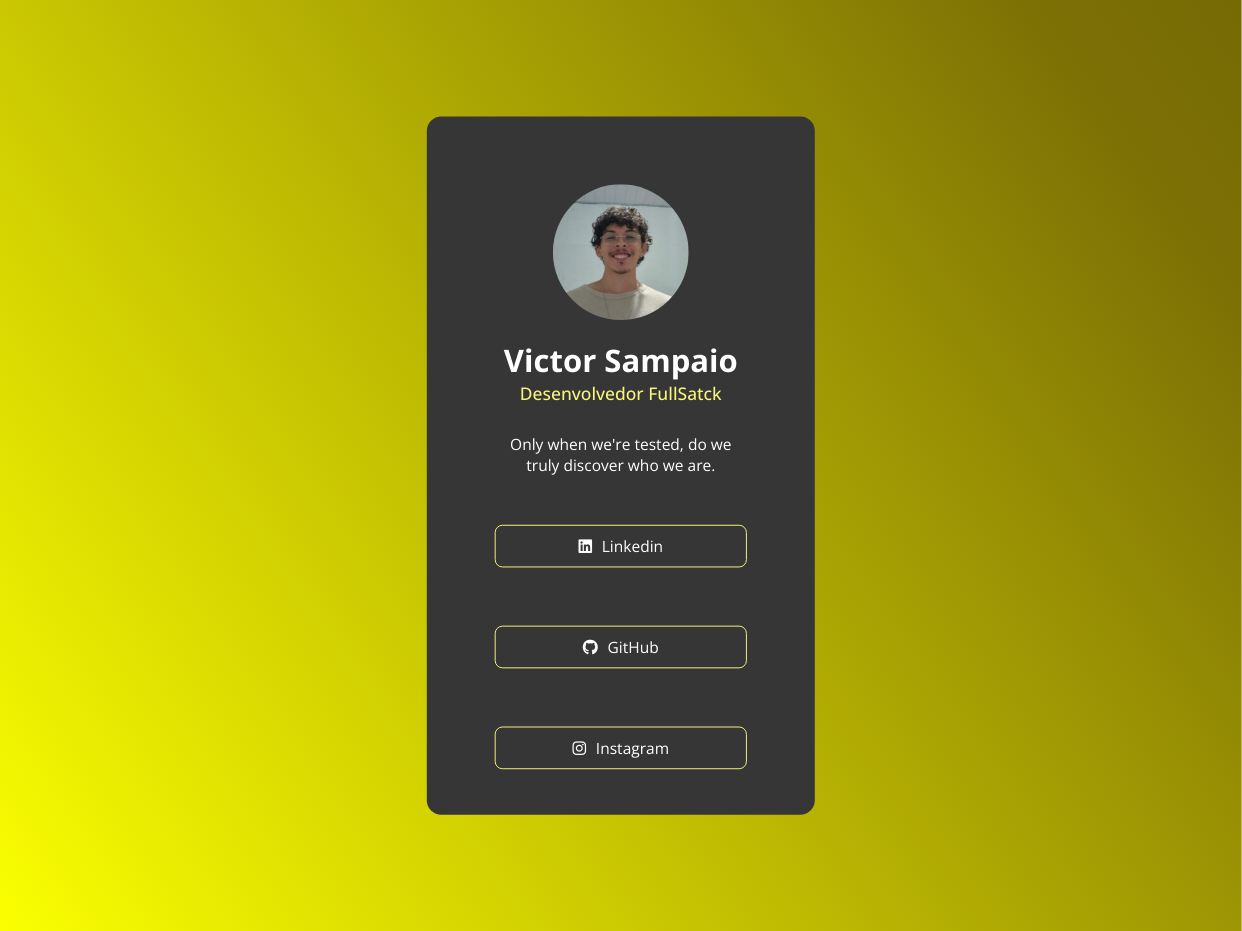
Repository: VictorSampaioDev/linkthree-gt9
Page: index.html
The author's editor kept a copy of each file at every save. The page is drawn from the files as they stood at one save, then again after a run of saves.
The browser window is 1280 px wide. The pictures show the whole page, at 97% of full size.

Above is the page before, as saved 2025-04-11 11:44:48.

After the next 2 saves:
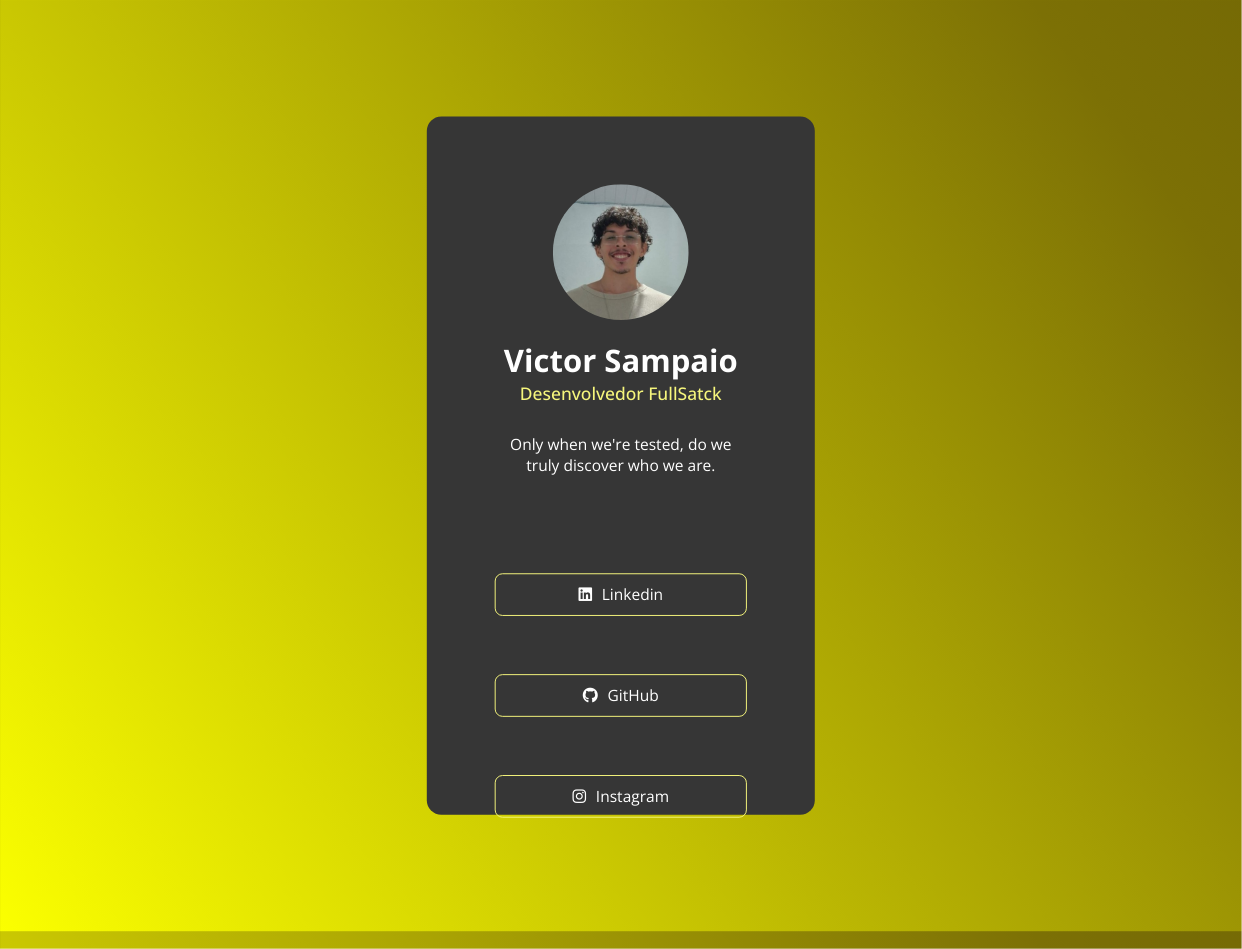
The 2 saves are shown as one change because they came seconds apart.
The last was saved 70 s later.
--- a/style.css
+++ b/style.css
@@ -53,6 +53,9 @@
     display: flex;
     flex-direction: column;
     gap: 5px;
+    padding-bottom: 50%;
+    margin-top: 50px;
+    list-style-type: none;
 }
 .container-social-links li {
     display: flex;

After the 2 saves that followed:
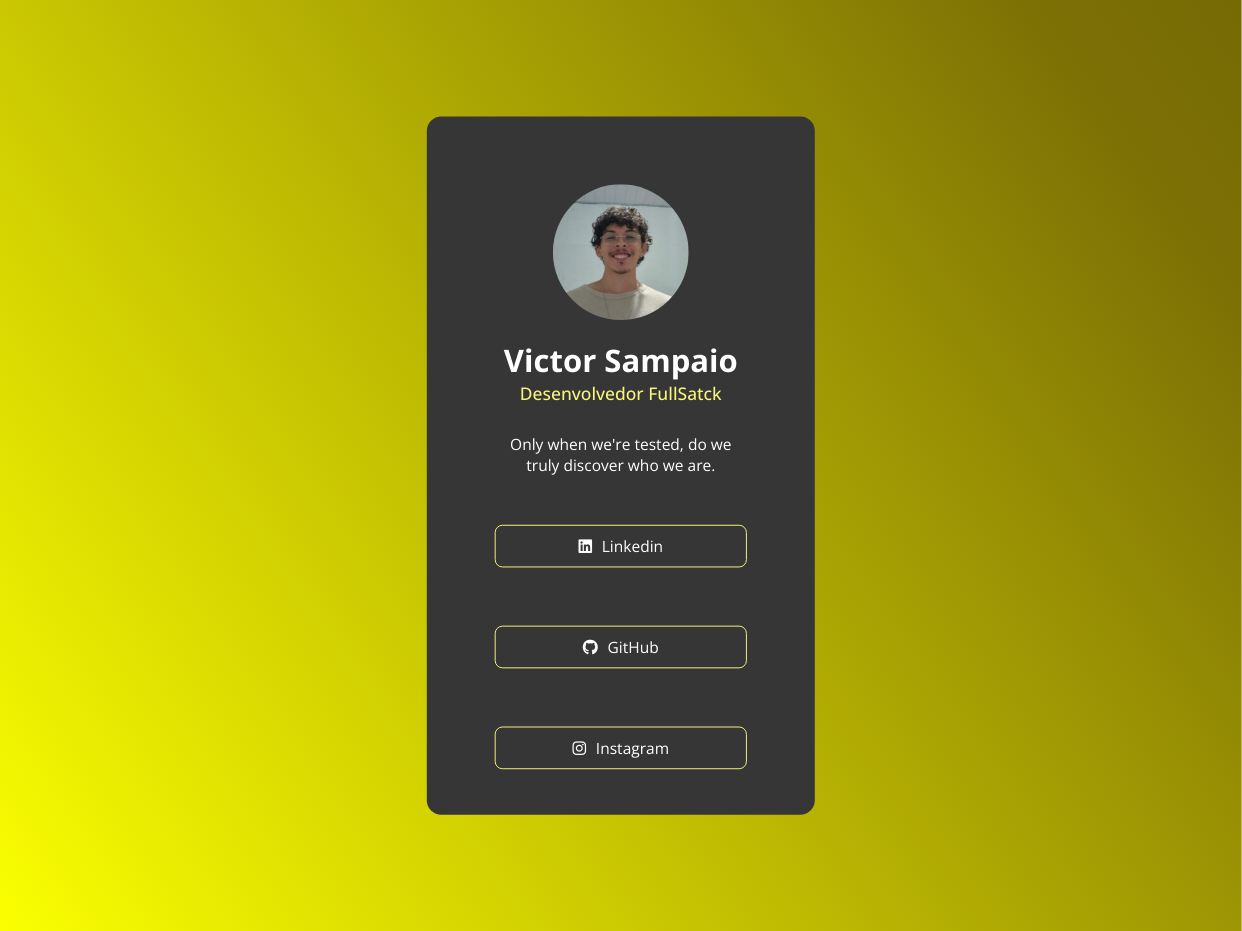
The 2 saves are shown as one change because they came seconds apart.
The last was saved 7 s later.
--- a/style.css
+++ b/style.css
@@ -53,9 +53,6 @@
     display: flex;
     flex-direction: column;
     gap: 5px;
-    padding-bottom: 50%;
-    margin-top: 50px;
-    list-style-type: none;
 }
 .container-social-links li {
     display: flex;
